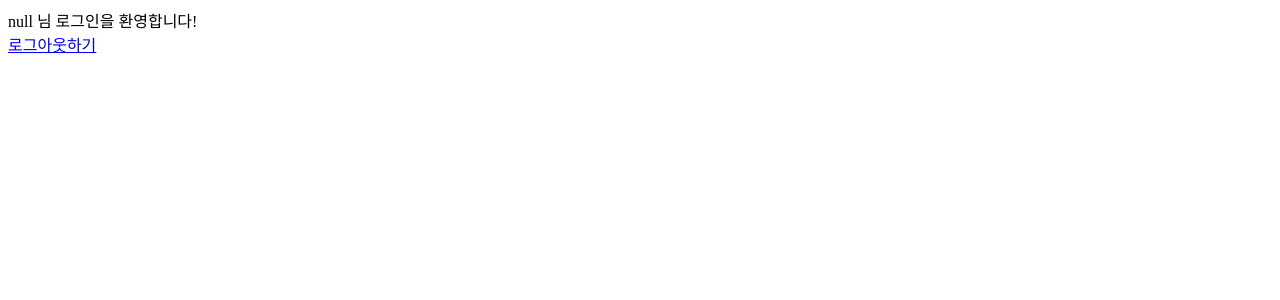
Repository: Andante8989/jsp_practice
Page: http://localhost/JSPBasic/jspobject/session/session_login_ok.jsp
The author's editor kept a copy of each file at every save. The page is drawn from the files as they stood at one save, then again after the next save.
The browser window is 1280 px wide. The pictures show the whole page.
The page is served by Tomcat 9.

Above is the page before, as saved 2022-03-30 09:04:37.

### JSPBasic/src/main/webapp/jspobject/session/session_login_ok.jsp
<%@ page language="java" contentType="text/html; charset=UTF-8"
    pageEncoding="UTF-8"%>
<%
    // 세션 검사를 통해 세션값을 변수에 저장합니다
    String id = (String)session.getAttribute("s_id");
%>
<!DOCTYPE html>
<html>
<head>
<meta charset="UTF-8">
<title>Insert title here</title>
</head>
<body>
 		<%=id %> 님 로그인을 환영합니다! <br/>
 		<a href="session_login_form.jsp">로그아웃하기</a>
</body>
</html>

After the next save:
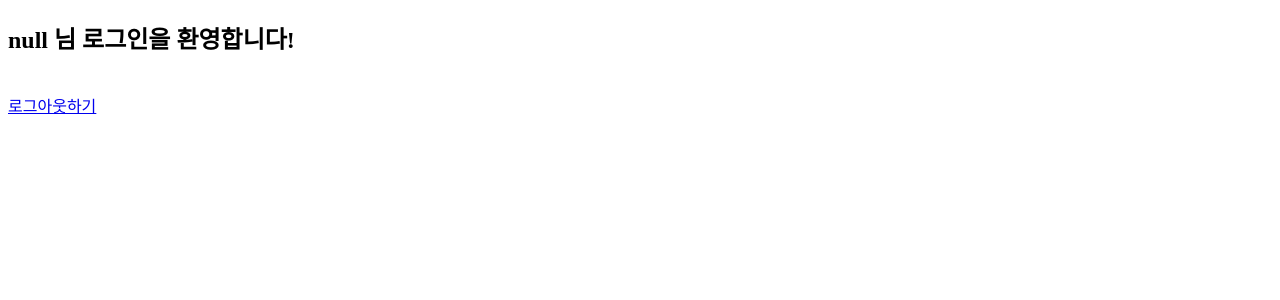
Saved 3 min 16 s later.
--- a/JSPBasic/src/main/webapp/jspobject/session/session_login_ok.jsp
+++ b/JSPBasic/src/main/webapp/jspobject/session/session_login_ok.jsp
@@ -11,7 +11,7 @@
 <title>Insert title here</title>
 </head>
 <body>
- 		<%=id %> 님 로그인을 환영합니다! <br/>
+ 		<h2><%=id %> 님 로그인을 환영합니다!</h2> <br/>
  		<a href="session_login_form.jsp">로그아웃하기</a>
 </body>
 </html>
